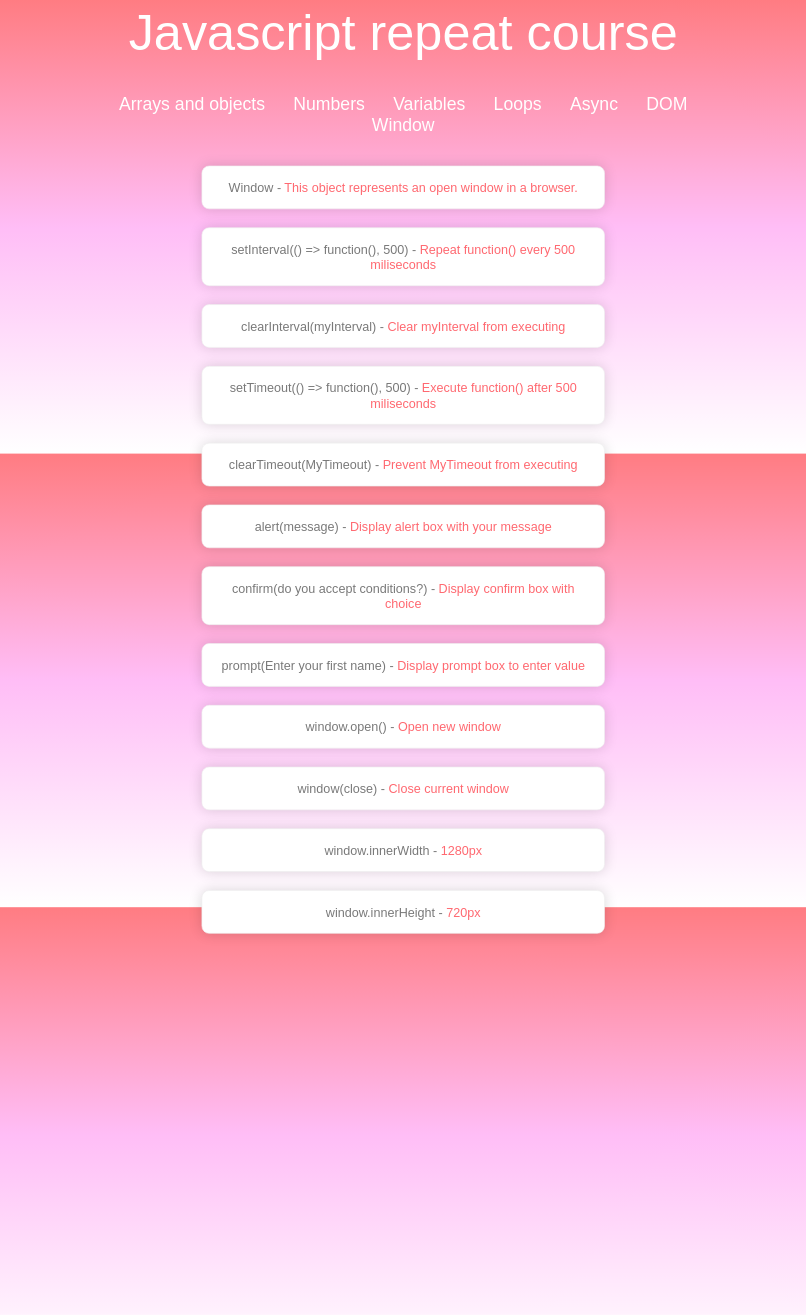
Repository: michalgornicki/javascript
Page: /#/Window
The author's editor kept a copy of each file at every save. The page is drawn from the files as they stood at one save, then again after the next save.
The browser window is 1280 px wide. The pictures show the whole page, at 63% of full size.
Backgrounds fixed to the window are drawn as part of the page. The project was rebuilt for these pictures with package versions that can differ from the ones it lists, and the page was loaded fresh each time. Also part of the build but not shown: src/index.css, src/components/arrays.jsx, src/components/variables.jsx, src/components/numbers.jsx, src/components/loops.jsx, src/components/async.jsx, src/components/DOM manipulation.jsx.

Above is the page before, as saved 2022-02-01 08:23:31.

After the next save:
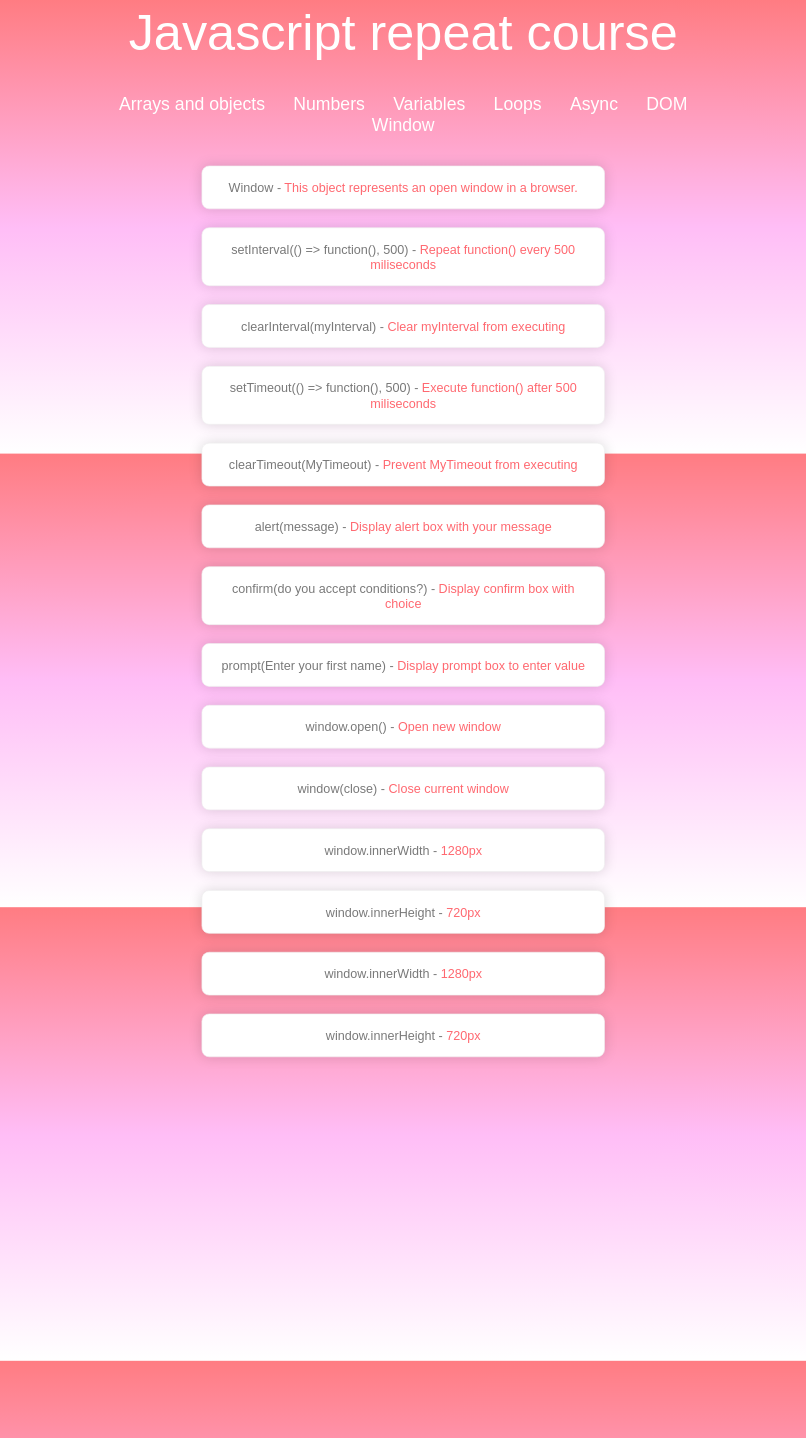
Saved 84 s later.
--- a/src/components/window.jsx
+++ b/src/components/window.jsx
@@ -62,6 +62,16 @@ const Window = () => {
         <span className="">{"window.innerHeight"} -</span>
         <span className="text-pink"> {window.innerHeight}px </span> <br />
       </div>
+      <div className="js-item h5">
+        {" "}
+        <span className="">{"window.innerWidth"} -</span>
+        <span className="text-pink"> {window.innerWidth}px </span> <br />
+      </div>
+      <div className="js-item h5">
+        {" "}
+        <span className="">{"window.innerHeight"} -</span>
+        <span className="text-pink"> {window.innerHeight}px </span> <br />
+      </div>
 
 
 
